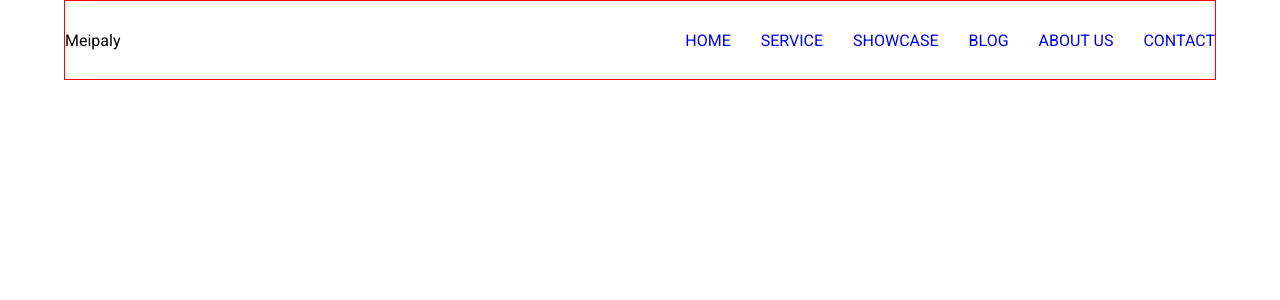
Repository: ducdatit2002/meipaly
Page: index.html
These files come from the project's save history. The page is drawn as it stood at one moment and after the next save; the edit follows.
The browser window is 1280 px wide. The pictures show the whole page.

Above is the page before, as saved 2023-07-10 19:38:41.

After the next save:
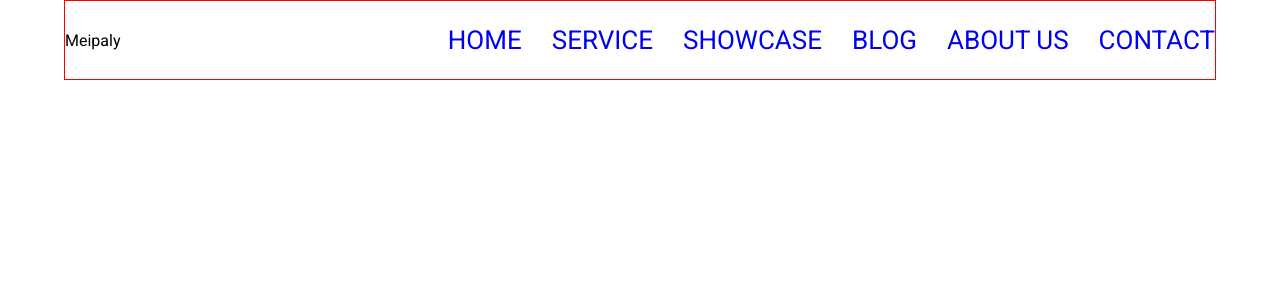
Saved 4 s later.
--- a/index.css
+++ b/index.css
@@ -26,7 +26,7 @@
     text-decoration: none;
     text-transform: uppercase;
     margin-left: 26px;
-    font
+    font-size: 26px;
 }
 /* Trục chính default là chiều ngang */
 /* Justify-content: trục chính */
